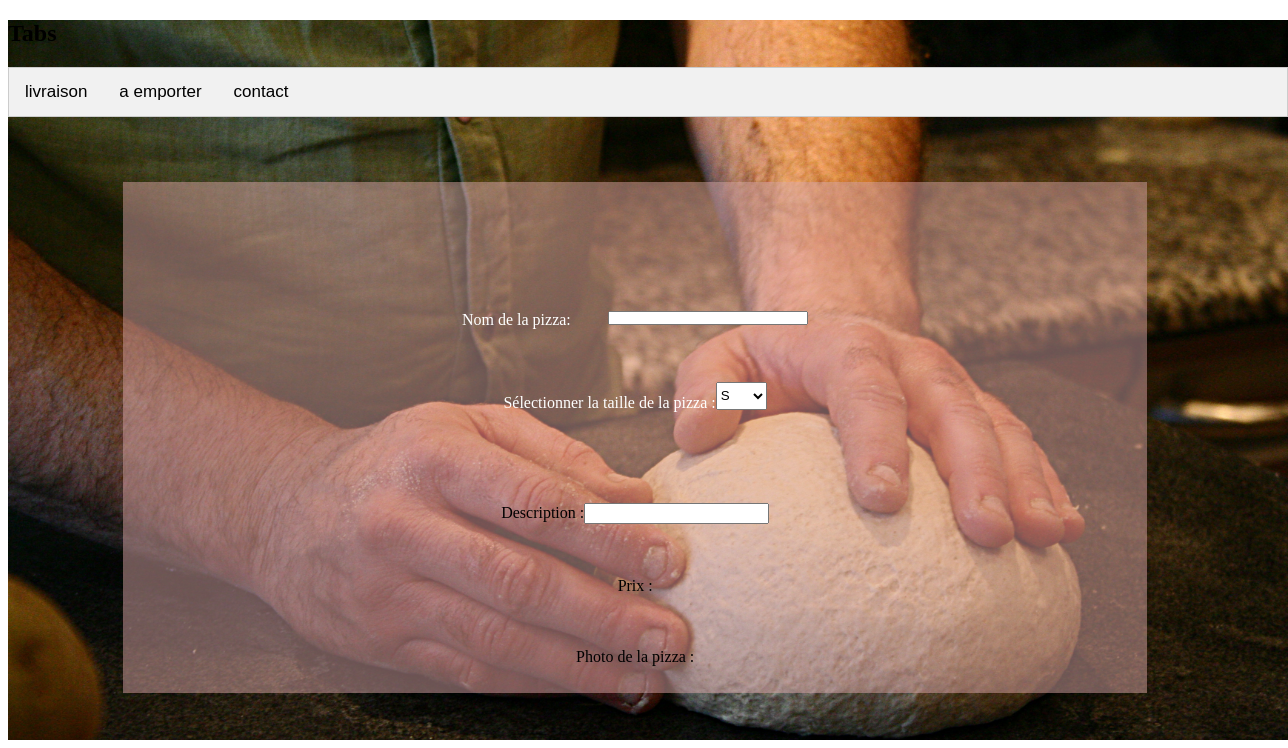
Repository: dev84-unalien/pippo_pizza
Page: admin.html
An editor plug-in stored every save of this project. The page is shown before and after the next save, followed by the edit.
The browser window is 1280 px wide. The page is 1288 px wide, so the pictures cover 1288 px, including what lies to the right of the window. The pictures show the whole page.

Above is the page before, as saved 2019-09-10 12:19:46.

### admin.html
<!DOCTYPE html>
<html lang="en">

<head>
    <meta charset="UTF-8">
    <meta name="viewport" content="width=device-width, initial-scale=1.0">
    <meta http-equiv="X-UA-Compatible" content="ie=edge">
    <title>pizzaria pippo</title>
    <link rel="stylesheet" href="admin.css">
    <script src="jquery-3.4.1.min.js"></script>
    <script src="admin.js"></script>

</head>

<body>
    <div id=unos>
        <div id=commande>

            <h2>Tabs</h2>


            <div class="tab">
                <button class="tablinks" onclick="openCity(event, 'livraison')">livraison</button>
                <button class="tablinks" onclick="openCity(event, 'emporter')">a emporter</button>
                <button class="tablinks" onclick="openCity(event, 'contact')">contact</button>
            </div>

            <div id="livraison" class="tabcontent">
                <h3>livraison</h3>
            </div>

            <div id="emporter" class="tabcontent">
                <h3>emporter</h3>

            </div>

            <div id="contact" class="tabcontent">
            </div>
            </form>

         <div id="body">
            <div id="Gcadre">
                 <div id="Nom">Nom de la pizza:<input id="écriture"></input></div>
                  <div id="Taille">
                  <p>Sélectionner la taille de la pizza :</p>
                   <select >
                         <option value="S">S</option>
                         <option value="M">M</option>
                         <option value=">L">L</option>
                         <option value="XL">XL</option>
                         <option value="XXL">XXL</option>
                     </select>
                </div>
                <div id="Description">Description :<input id="écriture2"></input></div>
                <div id="Prix">Prix :</div>

                <div id="Image"> Photo de la pizza :</div>
            </div>

        </div>
    </div>
</body>

</html>

### admin.css
#unos {
  height: 100vh;
  width: 100vw;
  background-image: url("images/ajoutpizza.jpg");
  justify-content: cover;
  background-size: 100vw;
}
#body{
    width: 100vw;
    height: 80vh;
    display: flex;
  flex-direction: column;
  justify-content: center;
  align-content: center;
}
#Gcadre {
  display: flex;
  flex-direction: column;
  justify-content: space-around;
  align-items: center;
  width: 80vw;
  height: 80vh;
  background-color: rgba(216, 166, 166, 0.5);
  margin-left: 9vw;
  margin-top:9vh;
}

#Nom {
  display: flex;
  justify-content: space-around;
  color: white;
  margin-top: 8vw;
  width: 30vw;
  height:2vh;
}
#écriture{
  width:15vw;
}

#Taille {
  display: flex;
  justify-content: center;
  align-content: center;
  width: 80vw;
  height: 10vh;
}
select {
  width: 4vw;
  height: 4vh;
  margin-top: 0.5vh;
}
#ecriture2{
  width:25vw;
  height:20vh;
}
#description{
  display: flex;
  justify-content: space-around;
}
p {
  color: white;
}

#formulaire {
  height: 50%;
  width: 50%;
  background-color: aliceblue;
}

#livraison {
  background-color: aquamarine;
}

#emporter {
  background-color: beige;
}
#contact {
  background-color: powderblue;
}

.tab {
  overflow: hidden;
  border: 1px solid #ccc;
  background-color: #f1f1f1;
}

/* Style the buttons inside the tab */

.tab button {
  background-color: inherit;
  float: left;
  border: none;
  outline: none;
  cursor: pointer;
  padding: 14px 16px;
  transition: 0.3s;
  font-size: 17px;
}

/* Change background color of buttons on hover */

.tab button:hover {
  background-color: red;
}

/* Create an active/current tablink class */

.tab button.active {
  background-color: red;
}

/* Style the tab content */

.tabcontent {
  display: none;
  padding: 6px 12px;
  border: 1px solid red;
  border-top: none;
}

Loaded but not shown: jquery-3.4.1.min.js (library); admin.js (no copy from this time; the picture is the same without it)

After the next save:
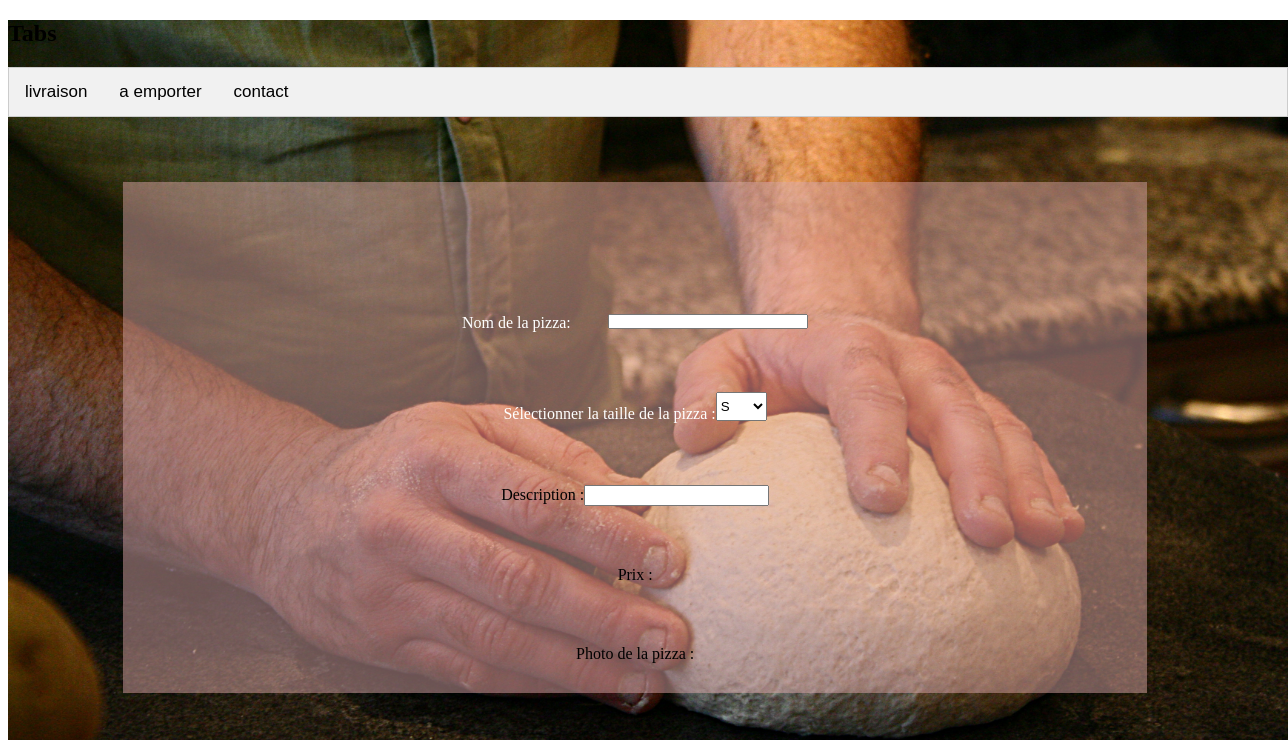
Saved 18 s later.
--- a/admin.css
+++ b/admin.css
@@ -42,7 +42,7 @@
   justify-content: center;
   align-content: center;
   width: 80vw;
-  height: 10vh;
+  height: 5vh;
 }
 select {
   width: 4vw;
